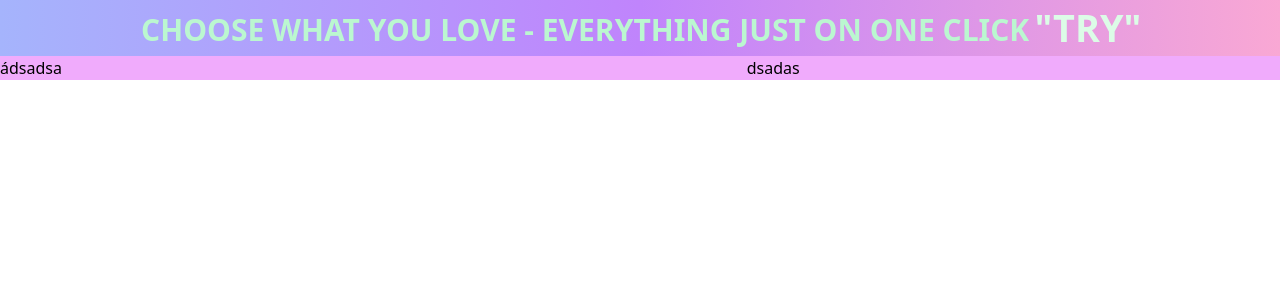
Repository: NguyenVietPhuQuy/ReactJs-TailWind-Redux-FunctionHook-ModelDesign
Page: / (app in modeldesign/)
These files come from the project's save history. The page is drawn as it stood at one moment and after a run of saves; the edit follows.
The browser window is 1280 px wide. The pictures show the whole page.
The project was rebuilt for these pictures with package versions that can differ from the ones it lists, and the page was loaded fresh each time. Also part of the build but not shown: modeldesign/src/App.css.

Above is the page before, as saved 2022-11-17 13:09:58.

### modeldesign/src/index.js
import React from 'react';
import ReactDOM from 'react-dom/client';
import './index.css';
import App from './App';
import reportWebVitals from './reportWebVitals';
import {Provider} from 'react-redux'
import store from './Components/Reducer/Store';
const root = ReactDOM.createRoot(document.getElementById('root'));
root.render(
  <React.StrictMode>
    <Provider store ={store}>
    <App/>
    </Provider>
  </React.StrictMode>
);

// If you want to start measuring performance in your app, pass a function
// to log results (for example: reportWebVitals(console.log))
// or send to an analytics endpoint. Learn more: https://bit.ly/CRA-vitals
reportWebVitals();

### modeldesign/src/App.js
import React from 'react';
import './App.css';
import Home from './Components/Home.js'
function App() {
  return (
    <div>
      <Home/>
    </div>
  );
}

export default App;

### modeldesign/src/Components/Reducer/Store.js
import {createStore} from "redux"
import rootReducer from "./RootReducer"

const store = createStore(rootReducer,window.__REDUX_DEVTOOLS_EXTENSION__ && window.__REDUX_DEVTOOLS_EXTENSION__())
export default store

### modeldesign/src/Components/Home.js
import React from "react";
import Header from './Header.js'
import Category from "./Category.js";
import ProductList from "./ProductList.js";
import Model from "./Model.js";
function Home() {
    return (
        <div className="container mx-auto relative bg-fuchsia-300">
            <section className=
            " bg-gradient-to-r from-indigo-300 via-purple-400 to-pink-300 w-full ring-2 ring-transparent">
                    <Header/>
            </section>
            <section className="main flex flex-row">
                <div className="basis-7/12">
                    <Category/>
                    <ProductList/>
                </div>
                <div className="basis-5/12">
                    <Model />
                </div>
            </section>
        </div>
    )
}
export default Home

### modeldesign/src/Components/Reducer/RootReducer.js
import { combineReducers } from "redux";
import ProductReducer from './ProductReducer'
import CategoryReducer from './CategoryReducer'

const RootReducer = combineReducers({
    products: ProductReducer,
    categories: CategoryReducer,

})

export default RootReducer

### modeldesign/src/Components/Header.js
import React from "react";
import 'animate.css'
function Header(){
    return (
        <div className="text-center text-3xl p-2 font-semibold text-green-200 ">
            CHOOSE WHAT YOU LOVE - EVERYTHING JUST ON ONE CLICK <span className="text-green-100 font-bold text-4xl animate__animated animate__pulse animate__infinite inline-block">"TRY" </span>
        </div>
    )
}
export default Header

### modeldesign/src/Components/Category.js
import React from "react";
import {useSelector} from 'react-redux'


function Category(props){
    const returnValue = useSelector(state=>state.categories.category)
    console.log(returnValue)
    return(<div>

    </div>)
}

export default Category

### modeldesign/src/Components/ProductList.js
import React from "react";
function ProductList(){
    return(<div>
ádsadsa
    </div>)
}
export default ProductList

### modeldesign/src/Components/Model.js
import React from "react";
function Model(){
    return(<div>
        dsadas
    </div>)
}
export default Model

### modeldesign/src/Components/Reducer/ProductReducer.js

const initialState = {
    product: [{
        id: 'topcloth_1',
        type: "topclothes",
        name: "Top Cloth 1",
        desc: "Lorem ipsum dolor, sit amet consectetur adipisicing elit. Aliquid, nulla.",
        imgSrc_jpg: 'images/clothes/topcloth1_show.jpg',
        imgSrc_png: 'images/clothes/topcloth1.png',
    },
    {
        id: 'topcloth_2',
        type: "topclothes",
        name: "Top Cloth 2",
        desc: "Lorem ipsum dolor, sit amet consectetur adipisicing elit. Aliquid, nulla.",
        imgSrc_jpg: 'images/clothes/topcloth2_show.jpg',
        imgSrc_png: 'images/clothes/topcloth2.png',
    },
    {
        id: 'topcloth_3',
        type: "topclothes",
        name: "Top Cloth 3",
        desc: "Lorem ipsum dolor, sit amet consectetur adipisicing elit. Aliquid, nulla.",
        imgSrc_jpg: 'images/clothes/topcloth3_show.jpg',
        imgSrc_png: 'images/clothes/topcloth3.png',
    },
    {
        id: 'topcloth_4',
        type: "topclothes",
        name: "Top Cloth 4",
        desc: "Lorem ipsum dolor, sit amet consectetur adipisicing elit. Aliquid, nulla.",
        imgSrc_jpg: 'images/clothes/topcloth4_show.jpg',
        imgSrc_png: 'images/clothes/topcloth4.png',
    },
    {
        id: 'topcloth_5',
        type: "topclothes",
        name: "Top Cloth 5",
        desc: "Lorem ipsum dolor, sit amet consectetur adipisicing elit. Aliquid, nulla.",
        imgSrc_jpg: 'images/clothes/topcloth5_show.jpg',
        imgSrc_png: 'images/clothes/topcloth5.png',
    },
    {
        id: 'topcloth_6',
        type: "topclothes",
        name: "Top Cloth ",
        desc: "Lorem ipsum dolor, sit amet consectetur adipisicing elit. Aliquid, nulla.",
        imgSrc_jpg: 'images/clothes/topcloth6_show.jpg',
        imgSrc_png: 'images/clothes/topcloth6.png',
    },

    // Both clothes
    {
        id: 'botcloth_1',
        type: "botclothes",
        name: "Bot Cloth 1",
        desc: "Lorem ipsum dolor, sit amet consectetur adipisicing elit. Aliquid, nulla.",
        imgSrc_jpg: 'images/clothes/botcloth1_show.jpg',
        imgSrc_png: 'images/clothes/botcloth1.png',
    },
    {
        id: 'botcloth_2',
        type: "botclothes",
        name: "Bot Cloth 2",
        desc: "Lorem ipsum dolor, sit amet consectetur adipisicing elit. Aliquid, nulla.",
        imgSrc_jpg: 'images/clothes/botcloth2_show.jpg',
        imgSrc_png: 'images/clothes/botcloth2.png',
    },
    {
        id: 'botcloth_3',
        type: "botclothes",
        name: "Bot Cloth 3",
        desc: "Lorem ipsum dolor, sit amet consectetur adipisicing elit. Aliquid, nulla.",
        imgSrc_jpg: 'images/clothes/botcloth3_show.jpg',
        imgSrc_png: 'images/clothes/botcloth3.png',
    },
    {
        id: 'botcloth_4',
        type: "botclothes",
        name: "Bot Cloth 4",
        desc: "Lorem ipsum dolor, sit amet consectetur adipisicing elit. Aliquid, nulla.",
        imgSrc_jpg: 'images/clothes/botcloth4_show.jpg',
        imgSrc_png: 'images/clothes/botcloth4.png',
    },
    {
        id: 'botcloth_5',
        type: "botclothes",
        name: "Bot Cloth 5",
        desc: "Lorem ipsum dolor, sit amet consectetur adipisicing elit. Aliquid, nulla.",
        imgSrc_jpg: 'images/clothes/botcloth5_show.jpg',
        imgSrc_png: 'images/clothes/botcloth5.png',
    },

    // Shoes
    {
        id: 'shoes_1',
        type: "shoes",
        name: "Shoes 1",
        desc: "Lorem ipsum dolor, sit amet consectetur adipisicing elit. Aliquid, nulla.",
        imgSrc_jpg: 'images/shoes/shoes1_show.jpg',
        imgSrc_png: 'images/shoes/shoes1.png',
    },
    {
        id: 'shoes_2',
        type: "shoes",
        name: "Shoes 2",
        desc: "Lorem ipsum dolor, sit amet consectetur adipisicing elit. Aliquid, nulla.",
        imgSrc_jpg: 'images/shoes/shoes2_show.jpg',
        imgSrc_png: 'images/shoes/shoes2.png',
    },
    {
        id: 'shoes_3',
        type: "shoes",
        name: "Shoes 3",
        desc: "Lorem ipsum dolor, sit amet consectetur adipisicing elit. Aliquid, nulla.",
        imgSrc_jpg: 'images/shoes/shoes3_show.jpg',
        imgSrc_png: 'images/shoes/shoes3.png',
    },
    {
        id: 'shoes_4',
        type: "shoes",
        name: "Shoes 4",
        desc: "Lorem ipsum dolor, sit amet consectetur adipisicing elit. Aliquid, nulla.",
        imgSrc_jpg: 'images/shoes/shoes4_show.jpg',
        imgSrc_png: 'images/shoes/shoes4.png',
    },
    {
        id: 'shoes_5',
        type: "shoes",
        name: "Shoes 5",
        desc: "Lorem ipsum dolor, sit amet consectetur adipisicing elit. Aliquid, nulla.",
        imgSrc_jpg: 'images/shoes/shoes5_show.jpg',
        imgSrc_png: 'images/shoes/shoes5.png',
    },

    // Handbags
    {
        id: 'handbag_1',
        type: "handbags",
        name: "Handbag 1",
        desc: "Lorem ipsum dolor, sit amet consectetur adipisicing elit. Aliquid, nulla.",
        imgSrc_jpg: 'images/handbags/handbag1_show.jpg',
        imgSrc_png: 'images/handbags/handbag1.png',
    },
    {
        id: 'handbag_2',
        type: "handbags",
        name: "Handbag 2",
        desc: "Lorem ipsum dolor, sit amet consectetur adipisicing elit. Aliquid, nulla.",
        imgSrc_jpg: 'images/handbags/handbag2_show.jpg',
        imgSrc_png: 'images/handbags/handbag2.png',
    },
    {
        id: 'handbag_3',
        type: "handbags",
        name: "Handbag 3",
        desc: "Lorem ipsum dolor, sit amet consectetur adipisicing elit. Aliquid, nulla.",
        imgSrc_jpg: 'images/handbags/handbag3_show.jpg',
        imgSrc_png: 'images/handbags/handbag3.png',
    },

    // Necklaces
    {
        id: 'necklace_1',
        type: "necklaces",
        name: "Necklace 1",
        desc: "Lorem ipsum dolor, sit amet consectetur adipisicing elit. Aliquid, nulla.",
        imgSrc_jpg: 'images/necklaces/necklace1_show.jpg',
        imgSrc_png: 'images/necklaces/necklace1.png',
    },
    {
        id: 'necklace_2',
        type: "necklaces",
        name: "Necklace 2",
        desc: "Lorem ipsum dolor, sit amet consectetur adipisicing elit. Aliquid, nulla.",
        imgSrc_jpg: 'images/necklaces/necklace2_show.jpg',
        imgSrc_png: 'images/necklaces/necklace2.png',
    },
    {
        id: 'necklace_3',
        type: "necklaces",
        name: "Necklace 3",
        desc: "Lorem ipsum dolor, sit amet consectetur adipisicing elit. Aliquid, nulla.",
        imgSrc_jpg: 'images/necklaces/necklace3_show.jpg',
        imgSrc_png: 'images/necklaces/necklace3.png',
    },

    // Hairstyle
    {
        id: 'hairstyle_1',
        type: "hairstyle",
        name: "Hairstyle 1",
        desc: "Lorem ipsum dolor, sit amet consectetur adipisicing elit. Aliquid, nulla.",
        imgSrc_jpg: 'images/hairstyle/hairstyle1_show.jpg',
        imgSrc_png: 'images/hairstyle/hairstyle1.png',
    },
    {
        id: 'hairstyle_2',
        type: "hairstyle",
        name: "Hairstyle 2",
        desc: "Lorem ipsum dolor, sit amet consectetur adipisicing elit. Aliquid, nulla.",
        imgSrc_jpg: 'images/hairstyle/hairstyle2_show.jpg',
        imgSrc_png: 'images/hairstyle/hairstyle2.png',
    },
    {
        id: 'hairstyle_3',
        type: "hairstyle",
        name: "Hairstyle 3",
        desc: "Lorem ipsum dolor, sit amet consectetur adipisicing elit. Aliquid, nulla.",
        imgSrc_jpg: 'images/hairstyle/hairstyle3_show.jpg',
        imgSrc_png: 'images/hairstyle/hairstyle3.png',
    },

    // Background
    {
        id: 'background_1',
        type: "background",
        name: "Background 1",
        desc: "Lorem ipsum dolor, sit amet consectetur adipisicing elit. Aliquid, nulla.",
        imgSrc_jpg: 'images/background/background1_show.jpg',
        imgSrc_png: 'images/background/background1.jpg',
    },
    {
        id: 'background_2',
        type: "background",
        name: "Background 2",
        desc: "Lorem ipsum dolor, sit amet consectetur adipisicing elit. Aliquid, nulla.",
        imgSrc_jpg: 'images/background/background2_show.jpg',
        imgSrc_png: 'images/background/background2.jpg',
    },
    {
        id: 'background_3',
        type: "background",
        name: "Background 3",
        desc: "Lorem ipsum dolor, sit amet consectetur adipisicing elit. Aliquid, nulla.",
        imgSrc_jpg: 'images/background/background3_show.jpg',
        imgSrc_png: 'images/background/background3.jpg',
    },
    {
        id: 'background_4',
        type: "background",
        name: "Background 4",
        desc: "Lorem ipsum dolor, sit amet consectetur adipisicing elit. Aliquid, nulla.",
        imgSrc_jpg: 'images/background/background4_show.jpg',
        imgSrc_png: 'images/background/background4.jpg',
    },
    {
        id: 'background_5',
        type: "background",
        name: "Background 5",
        desc: "Lorem ipsum dolor, sit amet consectetur adipisicing elit. Aliquid, nulla.",
        imgSrc_jpg: 'images/background/background5_show.jpg',
        imgSrc_png: 'images/background/background5.jpg',
    },
    {
        id: 'background_6',
        type: "background",
        name: "Background 6",
        desc: "Lorem ipsum dolor, sit amet consectetur adipisicing elit. Aliquid, nulla.",
        imgSrc_jpg: 'images/background/background6_show.jpg',
        imgSrc_png: 'images/background/background6.jpg',
    },
    {
        id: 'background_7',
        type: "background",
        name: "Background 7",
        desc: "Lorem ipsum dolor, sit amet consectetur adipisicing elit. Aliquid, nulla.",
        imgSrc_jpg: 'images/background/background7_show.jpg',
        imgSrc_png: 'images/background/background7.jpg',
    },
    ],
}
const ProductReducer = (state = initialState) => {
    return state
}

export default ProductReducer

### modeldesign/src/Components/Reducer/CategoryReducer.js
const initialState ={
    category: [
        { tabName: 'tabTopClothes', showName: 'Áo', type: 'topclothes' },
        { tabName: 'tabBotClothes', showName: 'Quần', type: 'botclothes' },
        { tabName: 'tabShoes', showName: 'Giày dép', type: 'shoes' },
        { tabName: 'tabHandBags', showName: 'Túi xách', type: 'handbags' },
        { tabName: 'tabNecklaces', showName: 'Dây chuyền', type: 'necklaces' },
        { tabName: 'tabHairStyle', showName: 'Kiểu tóc', type: 'hairstyle' },
        { tabName: 'tabBackground', showName: 'Nền', type: 'background' }
    ]
}
const CategoryReducer = (state=initialState) =>{
    return state
}
export default CategoryReducer

Loaded but not shown: modeldesign/public/index.html (common file); modeldesign/src/index.css (common file); modeldesign/src/reportWebVitals.js (common file); modeldesign/tailwind.config.js (common file)

After the next 3 saves:
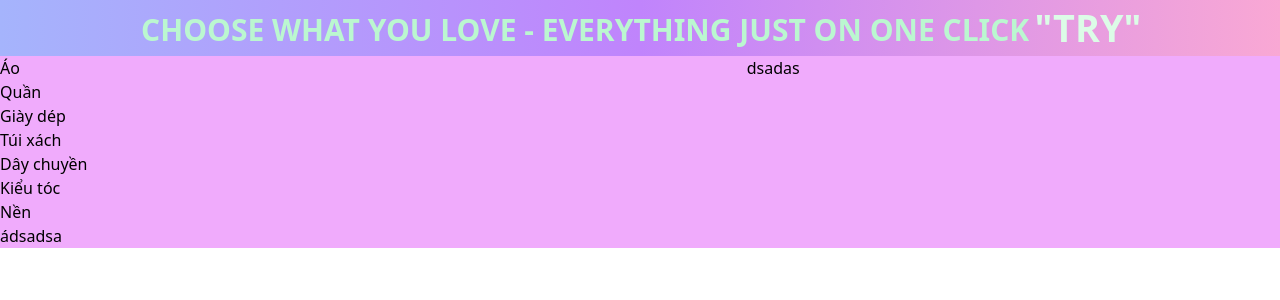
The 3 saves are shown as one change because 2 did not build or start.
The last was saved 5 min 47 s later.
--- a/modeldesign/src/Components/Category.js
+++ b/modeldesign/src/Components/Category.js
@@ -4,10 +4,17 @@ import {useSelector} from 'react-redux'
 
 function Category(props){
     const returnValue = useSelector(state=>state.categories.category)
-    console.log(returnValue)
-    return(<div>
-
-    </div>)
+return(
+    <div>
+        {returnValue.map((item)=>{
+            return(
+            <div>
+                {item.showName}
+            </div>
+            )
+        })}
+    </div>
+)
 }
 
 export default Category
